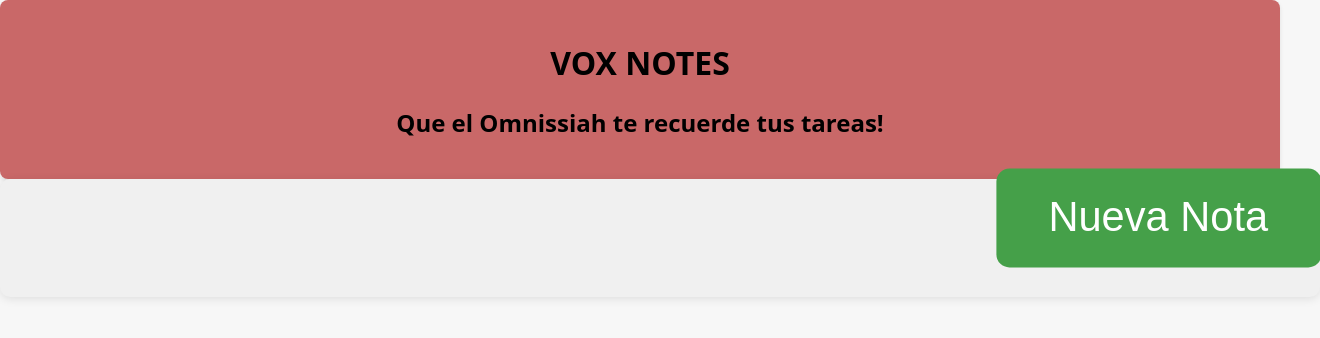
Repository: xunxuno/aplicacion_web_notas
Page: / (app in notas_web_app/)
These files come from the project's save history. The page is drawn as it stood at one moment and after the next save; the edit follows.
The browser window is 1280 px wide. The page is 1320 px wide, so the pictures cover 1320 px, including what lies to the right of the window. The pictures show the whole page.
The pointer rests on the first visible `.add-note-button`.
The project was rebuilt for these pictures with package versions that can differ from the ones it lists, and the page was loaded fresh each time. Also part of the build but not shown: notas_web_app/vite.config.ts, notas_web_app/src/components/Note.tsx, notas_web_app/src/components/NoteCollection.tsx, notas_web_app/src/components/NoteModal.tsx.

Above is the page before, as saved 2024-10-03 12:42:25.

### notas_web_app/src/main.tsx
import React from 'react';
import ReactDOM from 'react-dom/client'; // Cambiado a ReactDOM para el nuevo root API
import App from './App';
import { NotesProvider } from './contexts/NotesContext';
import './styles.css';

ReactDOM.createRoot(document.getElementById('root')!).render(
  <React.StrictMode>
    <NotesProvider>
      <App />
    </NotesProvider>
  </React.StrictMode>,
);

### notas_web_app/src/App.tsx
// src/App.tsx
import React, { useState, useContext, useEffect } from 'react';
import { NotesProvider, NotesContext } from './contexts/NotesContext';
import NoteCollection from './components/NoteCollection';
import NoteModal from './components/NoteModal';
import './styles.css';
import AppBar from './components/AppBar';
import { DndProvider } from 'react-dnd';
import { HTML5Backend } from 'react-dnd-html5-backend';

interface Note {
  id: string;
  title: string;
  content: string;
  collectionId: string;
}

interface NoteCollectionInterface {
  id: string;
  notes: Note[];
}

const App: React.FC = () => {
  const [isModalOpen, setModalOpen] = useState(false);
  const [activeCollectionId, setActiveCollectionId] = useState<string | null>(null);
  const { state, dispatch } = useContext(NotesContext);

  useEffect(() => {
    console.log("Actualización de colecciones:");
    state.collections.forEach((collection: NoteCollectionInterface) => {
      console.log(`Notas en la colección ${collection.id}:`);
      collection.notes.forEach((n: Note) => {
        console.log(`Nota ID: ${n.id}, Título: ${n.title}, Contenido: ${n.content}`);
      });
    });
  }, [state.collections]);

  const handleAddNote = (note: Omit<Note, 'id'>) => {
    // Usa el ID de colección disponible en el estado
    const collectionIdToUse = state.nextCollectionId.toString();

    // Crea la nota con el ID de colección y luego incrementa el siguiente ID
    dispatch({
      type: 'ADD_NOTE',
      payload: { collectionId: collectionIdToUse, note },
    });

    // Incrementa el ID de colección para la próxima nota
    dispatch({ type: 'INCREMENT_COLLECTION_ID' });

    setModalOpen(false);
  };

  const handleOpenModal = () => {
    if (state.collections.length === 0) {
      setActiveCollectionId(null);
    } else {
      setActiveCollectionId(state.collections[0].id);
    }
    setModalOpen(true);
  };

  return (
    <NotesProvider>
      <DndProvider backend={HTML5Backend}>
        <AppBar />
        <div className="app-container">
          <div className="button-container">
            <button className="add-note-button" onClick={handleOpenModal}>
              Nueva Nota
            </button>
          </div>

          <div className="collections-container">
            {state.collections.map((collection: NoteCollectionInterface) => (
              <NoteCollection
                key={collection.id}
                collection={collection}
                onNoteClick={(noteId) => {
                  console.log("Nota ID:", noteId);
                }}
                onCollectionClick={() => setActiveCollectionId(collection.id)}
                onNoteMove={(noteId, targetCollectionId) => {
                  dispatch({ type: 'MOVE_NOTE', payload: { noteId, targetCollectionId } });
                }}
                onDelete={(noteId) => {
                  dispatch({ type: 'DELETE_NOTE', payload: { noteId } });
                }}
              />
            ))}
          </div>

          {isModalOpen && (
            <NoteModal
              onClose={() => setModalOpen(false)}
              onAddNote={handleAddNote}
              activeCollectionId={activeCollectionId!}
            />
          )}
        </div>
      </DndProvider>
    </NotesProvider>
  );
};

export default App;

### notas_web_app/src/contexts/NotesContext.tsx
import React, { createContext, useReducer, ReactNode } from 'react';

interface Note {
  id: string;
  title: string;
  content: string;
}


interface NoteCollectionInterface {
  id: string; // ID de la colección, generado de manera secuencial
  notes: Note[]; // Lista de notas en la colección
}

interface NotesState {
  collections: NoteCollectionInterface[];
  nextNoteId: number; // Para los IDs de las notas
  nextCollectionId: number; // Para los IDs de las colecciones
}



interface AddNoteAction {
  type: 'ADD_NOTE';
  payload: {
    collectionId: string;
    note: Note;
  };
}

interface DeleteNoteAction {
  type: 'DELETE_NOTE';
  payload: {
    collectionId: string;
    noteId: string;
  };
}

interface MoveNoteAction {
  type: 'MOVE_NOTE';
  payload: {
    noteId: string;
    targetCollectionId: string;
  };
}
type NotesAction = AddNoteAction | DeleteNoteAction | MoveNoteAction;

const initialState: NotesState = {
  collections: [],
  nextNoteId: 1, // Empieza desde 1 para el ID de notas
  nextCollectionId: 1, // Empieza desde 1 para el ID de colecciones
};



const NotesContext = createContext<any>(null);

// Reducer para manejar las acciones
const notesReducer = (state: NotesState, action: NotesAction): NotesState => {
  switch (action.type) {
    case 'ADD_NOTE':
      const newNoteId = state.nextNoteId; // ID de la nueva nota
      const collectionId = action.payload.collectionId || state.nextCollectionId.toString();

      // Verificar si la colección ya existe
      const collectionExists = state.collections.some(collection => collection.id === collectionId);

      const updatedCollections = collectionExists
        ? state.collections.map(collection => {
            if (collection.id === collectionId) {
              const newNote = {
                ...action.payload.note,
                id: newNoteId.toString(), // Asigna el nuevo ID a la nota
              };
              return {
                ...collection,
                notes: [...collection.notes, newNote],
              };
            }
            return collection;
          })
        : [
            ...state.collections,
            {
              id: state.nextCollectionId.toString(), // Crea una nueva colección con ID secuencial
              notes: [
                {
                  ...action.payload.note,
                  id: newNoteId.toString(), // Asigna el nuevo ID a la nota
                  collectionId: state.nextCollectionId.toString(), // Asigna el ID de colección a la nota
                },
              ],
            },
          ];

      return {
        ...state,
        collections: updatedCollections,
        nextNoteId: state.nextNoteId + 1, // Incrementa el ID de la nota
        nextCollectionId: state.nextCollectionId + 1, // Incrementa el ID de la colección para la próxima
      };
    case 'DELETE_NOTE':
      return {
        ...state,
        collections: state.collections.map(collection => ({
          ...collection,
          notes: collection.notes.filter(note => note.id !== action.payload.noteId),
        })),
      };
      case 'MOVE_NOTE': {
        const { noteId, targetCollectionId } = action.payload;

        const sourceCollection = state.collections.find((collection) =>
          collection.notes.find((note) => note.id === noteId)
        );

        if (sourceCollection) {
          // Remover la nota de la colección de origen
          sourceCollection.notes = sourceCollection.notes.filter((note) => note.id !== noteId);

          // Agregar la nota a la colección de destino
          const targetCollection = state.collections.find(
            (collection) => collection.id === targetCollectionId
          );

          if (targetCollection) {
            const noteToMove = sourceCollection.notes.find((note) => note.id === noteId);
            if (noteToMove) {
              targetCollection.notes.push(noteToMove);
            }
          }
        }
        return { ...state, collections: [...state.collections] };
      }
      default:
        return state;
  }
};


// Proveedor del contexto con soporte para 'children'
interface NotesProviderProps {
  children: ReactNode; // Definir el tipo de la prop 'children'
}

const NotesProvider: React.FC<NotesProviderProps> = ({ children }) => {
  const [state, dispatch] = useReducer(notesReducer, initialState);

  return (
    <NotesContext.Provider value={{ state, dispatch }}>
      {children}
    </NotesContext.Provider>
  );
};

export { NotesContext, NotesProvider, notesReducer };

### notas_web_app/src/styles.css
body {
    font-family: 'Noto Sans', sans-serif;
    background-color: #f7f7f7;
    margin: 0;
    padding: 0;
    color: #000;
  }


/* Estilo para el contenedor principal de la aplicación */
.app-container {
  width: 100%; /* Ancho máximo */
  margin: 0 auto; /* Centrar el contenedor */
  padding: 20px; /* Espaciado interno */
  background-color: #f0f0f0; /* Color de fondo claro */
  border-radius: 10px; /* Bordes redondeados */
  box-shadow: 0 2px 10px rgba(0, 0, 0, 0.1); /* Sombra sutil */
}

/* Estilo para el botón de agregar nota */
.add-note-button {
  background-color: #4CAF50; /* Color de fondo verde */
  color: white; /* Color del texto */
  padding: 10px 20px; /* Espaciado interno */
  border: none; /* Sin borde */
  border-radius: 5px; /* Bordes redondeados */
  cursor: pointer; /* Cambia el cursor al pasar sobre el botón */
  margin-bottom: 20px; /* Espacio debajo del botón */
  font-size: 16px; /* Tamaño de fuente */
  transition: background-color 0.3s, transform 0.3s; /* Transición para el color de fondo y zoom */
  /* Ajustes para centrar el botón */
  margin-left: auto; /* Empuja el botón a la derecha */
  margin-right: 60px; /* Margen a la derecha para no pegarse al borde */
}

/* Efecto hover para el botón de agregar nota */
.add-note-button:hover {
  background-color: #45a049; /* Color de fondo más oscuro al pasar el mouse */
  transform: scale(2.6); /* Efecto de zoom al pasar el mouse */
}


.collection-container {
  display: grid; /* Usar grid para organizar las notas */
  grid-template-columns: repeat(4, 1fr); /* 4 columnas */
  gap: 20px; /* Espacio entre notas */
}

/* Estilo para el contenedor de cada colección */
.collection {
  padding: 10px;
  background-color: #f0f0f0;
  margin-bottom: 20px;
  border-radius: 5px; /* Bordes redondeados para la colección */
  display: inline-block; /* Cambiado de block a inline-block para que solo ocupe el ancho necesario */
  width: auto; /* Permitir que el ancho se ajuste al contenido */
}

.button-container {
  display: flex; /* Usar flexbox para alinear los elementos */
  justify-content: flex-end; /* Alinear los elementos al final (derecha) */
  margin-bottom: 20px; /* Margen inferior para separar del siguiente elemento */
  padding: 0 20px; /* Espaciado interno a la izquierda y derecha */
  /* Esto asegura que el botón no se salga del borde */
}



.note {
  width: 200px; /* Ancho fijo de la nota */
  height: 150px; /* Alto fijo de la nota */
  margin-left: 20px;
  padding: 15px; /* Espaciado interno */
  border: 1px solid #ccc; /* Color de borde gris claro */
  border-radius: 5px; /* Bordes redondeados */
  background-color: #fffbcc; /* Color de fondo amarillo claro */
  box-shadow: 0 2px 5px rgba(0, 0, 0, 0.1); /* Sombra ligera */
  display: flex; /* Flexbox para permitir contenido interno */
  flex-direction: column; /* Organizar el contenido en columnas */
  justify-content: space-between; /* Espaciado entre elementos internos */
  overflow: hidden; /* Ocultar el contenido que se desborda */
  transition: transform 0.3s ease; /* Efecto de transición para el zoom */
}

.note:hover {
  transform: scale(1.3); /* Efecto de zoom al pasar el mouse */
}



/* Estilo para el título de la nota */
.note-title {
  font-weight: bold; /* Hacer el título más grueso */
  margin-bottom: 10px; /* Espacio debajo del título */
  font-size: 18px; /* Tamaño de fuente del título */
}

/* Estilo para el contenido de la nota */
.note-content {
  flex-grow: 1; /* Permitir que el contenido ocupe el espacio disponible */
  font-size: 14px; /* Tamaño de fuente del contenido */
  overflow: auto; /* Permitir desplazamiento si hay mucho texto */
  max-height: 100px; /* Ajusta la altura máxima según sea necesario */
  overflow-wrap: break-word; /* Permitir que las palabras largas se dividan */
  word-wrap: break-word; /* Compatibilidad con navegadores más antiguos */
  white-space: normal; /* Permitir que el texto use varias líneas */
}

/* Estilo para el botón de eliminar */
.delete-button {
  background-color: #ff4d4d; /* Color de fondo rojo */
  color: white; /* Color del texto */
  border: none; /* Sin borde */
  border-radius: 5px; /* Bordes redondeados */
  cursor: pointer; /* Cambia el cursor al pasar sobre el botón */
  padding: 5px 10px; /* Espaciado interno */
  font-size: 14px; /* Tamaño de fuente */
}


/* Estilo para el fondo del modal */
.modal-background {
  position: fixed; /* Fijar el fondo para cubrir toda la pantalla */
  top: 0;
  left: 0;
  width: 100%; /* Ancho completo */
  height: 100%; /* Altura completa */
  background-color: rgba(0, 0, 0, 0.5); /* Fondo oscuro con opacidad */
  display: flex; /* Usar flexbox para centrar el contenido */
  justify-content: center; /* Centrar horizontalmente */
  align-items: center; /* Centrar verticalmente */
  z-index: 1000; /* Asegurar que el modal esté por encima de otros elementos */
}

/* Estilo para el contenedor del modal */
.modal-content {
  position: fixed; /* Mantiene el modal en una posición fija */
  top: 50%; /* Centra verticalmente */
  left: 50%; /* Centra horizontalmente */
  transform: translate(-50%, -50%); /* Ajusta para centrar completamente */
  background-color: #fff; /* Color de fondo blanco */
  padding: 20px; /* Espaciado interno */
  border-radius: 10px; /* Bordes redondeados */
  box-shadow: 0 2px 10px rgba(0, 0, 0, 0.2); /* Sombra */
  z-index: 1000; /* Asegura que esté por encima de otros elementos */
}

/* Estilo para los inputs del modal */
.modal-content input,
.modal-content textarea {
  width: 100%; /* Ancho completo */
  padding: 10px; /* Espaciado interno */
  margin: 10px 0; /* Margen superior e inferior */
  border: 1px solid #ccc; /* Borde gris claro */
  border-radius: 5px; /* Bordes redondeados */
  box-sizing: border-box; /* Asegura que el padding no aumente el tamaño total */
}

/* Estilo para los botones del modal */
.modal-content button {
  background-color: #4CAF50; /* Color de fondo verde */
  color: white; /* Color del texto */
  padding: 10px 15px; /* Espaciado interno */
  border: none; /* Sin borde */
  border-radius: 5px; /* Bordes redondeados */
  cursor: pointer; /* Cambia el cursor al pasar sobre el botón */
  margin-right: 10px; /* Espacio entre botones */
  transition: background-color 0.3s; /* Transición para el color de fondo */
}

.modal-content button:hover {
  background-color: #45a049; /* Color más oscuro al pasar el mouse */
}
/* Estilo para el botón de cancelar en el modal */
.modal-content .cancel-button {
  background-color: #f44336; /* Color de fondo rojo */
  color: white; /* Color del texto */
  padding: 10px 15px; /* Espaciado interno */
  border: none; /* Sin borde */
  border-radius: 5px; /* Bordes redondeados */
  cursor: pointer; /* Cambia el cursor al pasar sobre el botón */
  margin-right: 10px; /* Espacio entre botones */
  transition: background-color 0.3s; /* Transición para el color de fondo */
}

.modal-content .cancel-button:hover {
  background-color: #d32f2f; /* Color más oscuro al pasar el mouse */
}

@media (max-width: 768px) {
  .collection-container {
    grid-template-columns: repeat(2, 1fr);
  }
}

/* Para pantallas muy pequeñas, 1 columna */
@media (max-width: 480px) {
  .collection-container {
    grid-template-columns: 1fr;
  }
}

### notas_web_app/src/components/AppBar.tsx
// AppBar.tsx
import React from 'react';

const AppBar: React.FC = () => {
  const appBarStyle = {
    backgroundColor: '#C96868', // Color pastel
    borderRadius: '8px',
    margin: '0',
    padding: '20px',
    boxShadow: '0 2px 4px rgba(0, 0, 0, 0.1)', // Agregar sombra para mayor profundidad
  };

  return (
    <div style={appBarStyle}>
  <h1
    style={{
      textAlign: 'center',
      transition: 'transform 0.3s ease',
      cursor: 'pointer'
    }}
    onMouseOver={(e) => e.currentTarget.style.transform = 'scale(2.2)'}
    onMouseOut={(e) => e.currentTarget.style.transform = 'scale(1)'}
  >
    VOX NOTES
  </h1>
  <h2 style={{ textAlign: 'center' }}>Que el Omnissiah te recuerde tus tareas!</h2>
</div>
  );
};

export default AppBar;

Loaded but not shown: notas_web_app/index.html (common file)

After the next save:
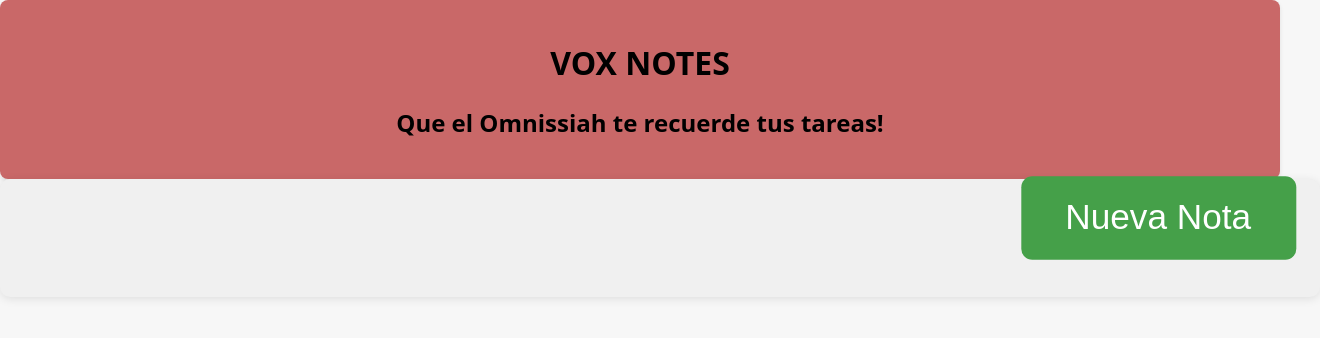
Saved 4 s later.
--- a/notas_web_app/src/styles.css
+++ b/notas_web_app/src/styles.css
@@ -36,7 +36,7 @@ body {
 /* Efecto hover para el botón de agregar nota */
 .add-note-button:hover {
   background-color: #45a049; /* Color de fondo más oscuro al pasar el mouse */
-  transform: scale(2.6); /* Efecto de zoom al pasar el mouse */
+  transform: scale(2.2); /* Efecto de zoom al pasar el mouse */
 }
 
 
